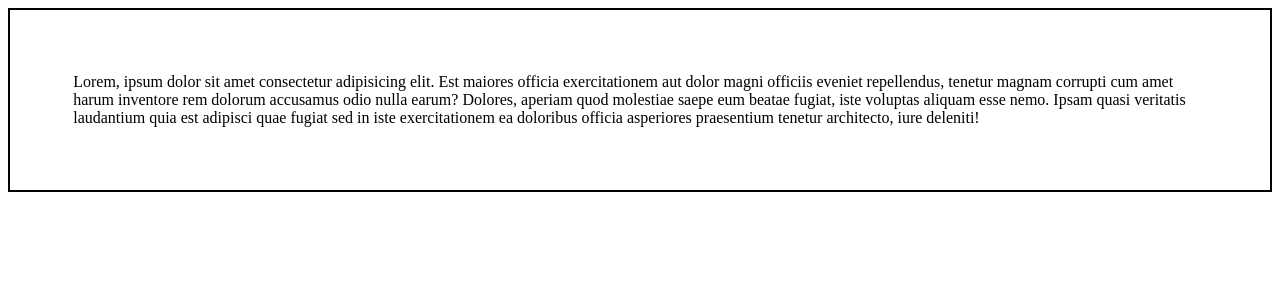
Repository: AdityaNarayan29/DSA
Page: Sorting/test.html
The author's editor kept a copy of each file at every save. The page is drawn from the files as they stood at one save, then again after the next save.
The browser window is 1280 px wide. The pictures show the whole page.

Above is the page before, as saved 2021-09-24 08:45:38.

### Sorting/test.html
<!DOCTYPE html>
<html lang="en">
<head>
        <meta charset="UTF-8">
        <meta http-equiv="X-UA-Compatible" content="IE=edge">
        <meta name="viewport" content="width=device-width, initial-scale=1.0">
        <title>Document</title>
        <style>
                div{
                        padding: 5%;
                        border: 2px solid black;
                }
                .element{
                        width: 60%;
                        max-height: 30%;
                        color: aquamarine;
                }
        </style>
</head>
<body>
        <div id="element">Lorem, ipsum dolor sit amet consectetur adipisicing elit. Est maiores officia exercitationem aut dolor magni officiis eveniet repellendus, tenetur magnam corrupti cum amet harum inventore rem dolorum accusamus odio nulla earum? Dolores, aperiam quod molestiae saepe eum beatae fugiat, iste voluptas aliquam esse nemo. Ipsam quasi veritatis laudantium quia est adipisci quae fugiat sed in iste exercitationem ea doloribus officia asperiores praesentium tenetur architecto, iure deleniti!</div>
</body>
</html>

After the next save:
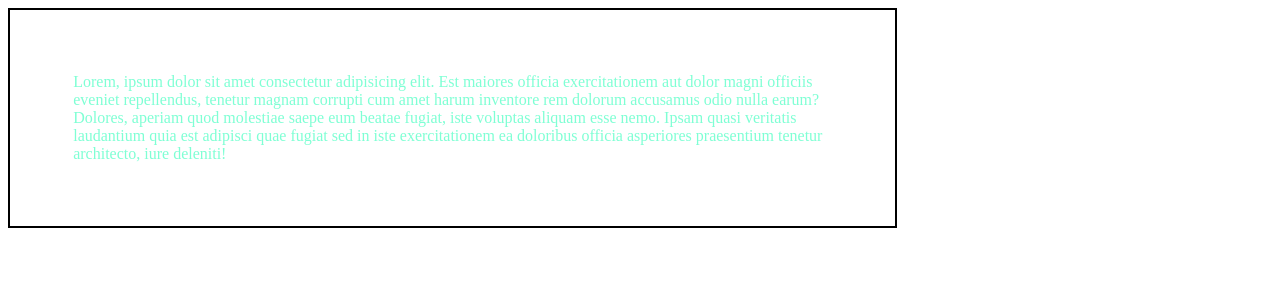
Saved 16 s later.
--- a/Sorting/test.html
+++ b/Sorting/test.html
@@ -10,7 +10,7 @@
                         padding: 5%;
                         border: 2px solid black;
                 }
-                .element{
+                #element{
                         width: 60%;
                         max-height: 30%;
                         color: aquamarine;
